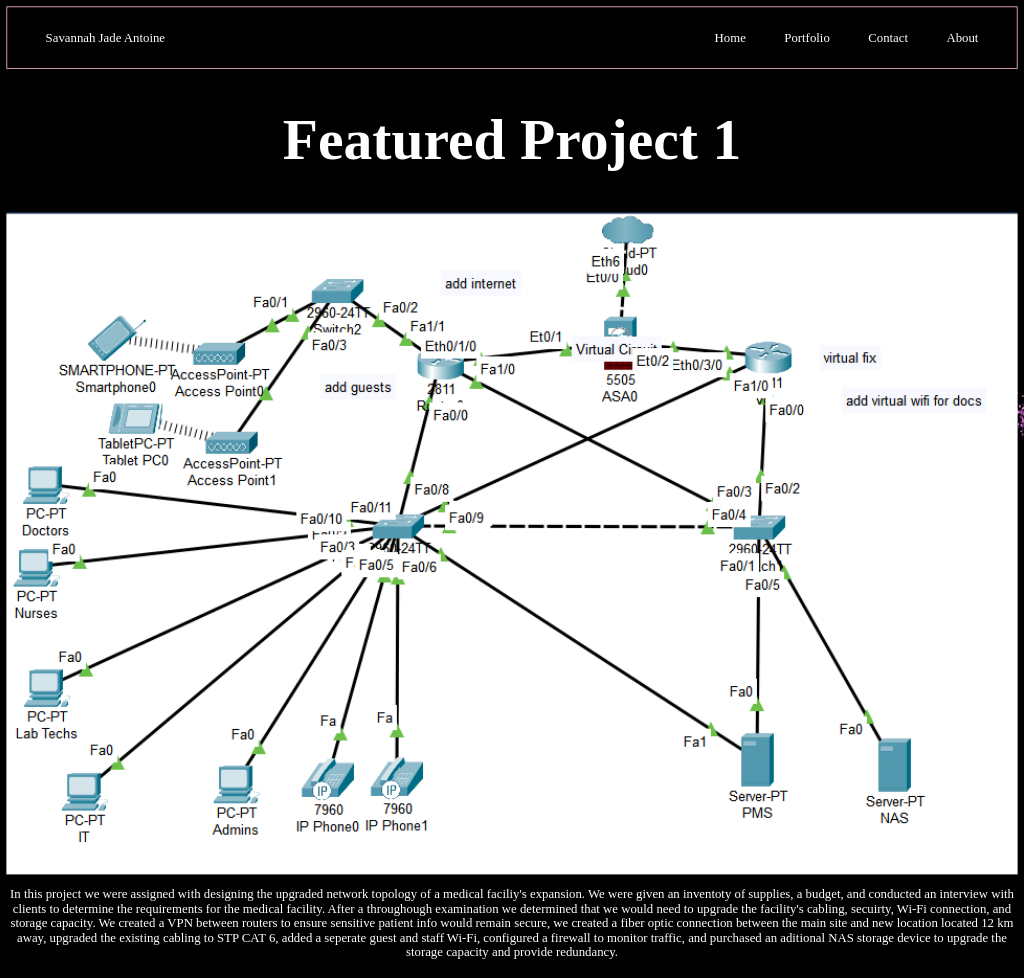
Repository: Savannah-Antoine/Savannah-Antoine
Page: pages/project-name-1.html
These files come from the project's save history. The page is drawn as it stood at one moment and after the next save; the edit follows.
The browser window is 1280 px wide. The pictures show the whole page, at 80% of full size.

Above is the page before, as saved 2026-05-15 15:04:54.

After the next save:
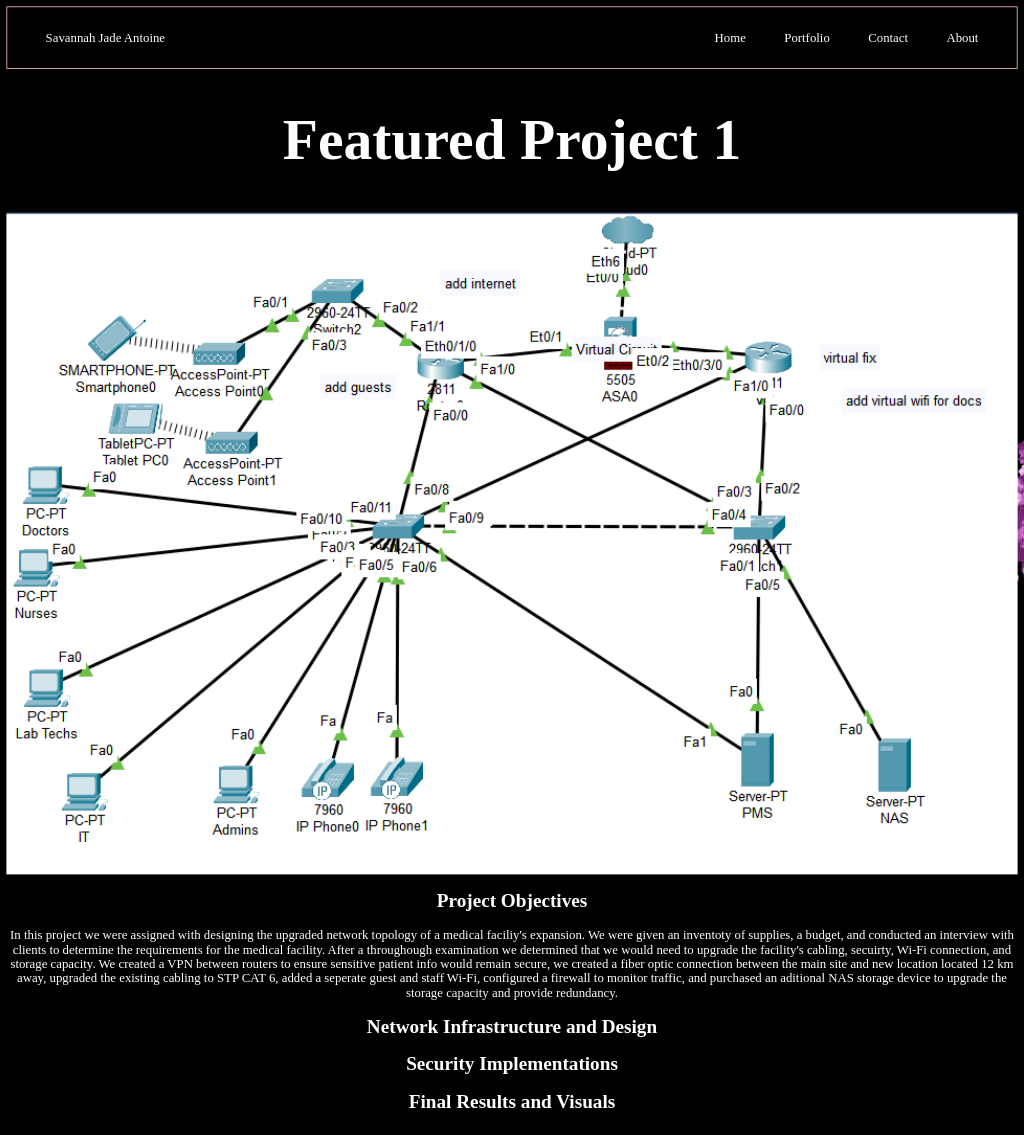
Saved 2 min 48 s later.
--- a/pages/project-name-1.html
+++ b/pages/project-name-1.html
@@ -28,9 +28,15 @@
 
 <img src = "../assets/images/Project1.png" alt = "First Portfolio placeholder image" />
 <section>
+<h2>Project Objectives</h2>
     <p>In this project we were assigned with designing the upgraded network topology of a medical faciliy's expansion. We were given an inventoty of supplies, a budget, and conducted an interview with clients to determine the requirements for the medical facility. After a throughough examination we determined that we would need to upgrade the facility's cabling, secuirty, Wi-Fi connection, and storage capacity. We created a VPN between routers to ensure sensitive patient info would remain secure, we created a fiber optic connection between the main site and new location located 12 km away, upgraded the existing cabling to STP CAT 6, added a seperate guest and staff Wi-Fi, configured a firewall to monitor traffic, and purchased an aditional NAS storage device to upgrade the storage capacity and provide redundancy.
     </p>
+<h2>Network Infrastructure and Design</h2>
 
+<h2>Security Implementations</h2>
+
+
+<h2>Final Results and Visuals</h2>
 </section>
 
 
